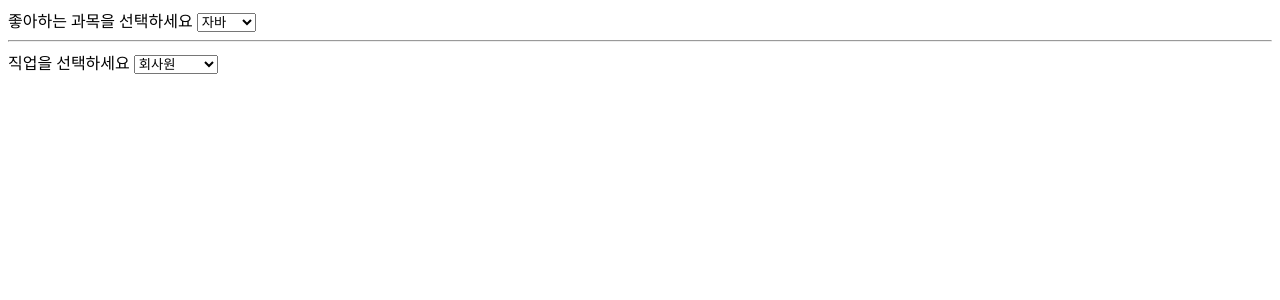
Repository: MegiLove/html_css
Page: day1130/src/main/webapp/selectTest.html
An editor plug-in stored every save of this project. The page is shown before and after the next save, followed by the edit.
The browser window is 1280 px wide. The pictures show the whole page.

Above is the page before, as saved 2021-11-30 05:11:07.

### day1130/src/main/webapp/selectTest.html
<!DOCTYPE html>
<html>
<head>
<meta charset="EUC-KR">
<title>Insert title here</title>
</head>
<body>
	<form action="selectTestOK.jsp" method="post">
		좋아하는 과목을 선택하세요
		<select name="subject">
			<option value="자바">자바</option>
			<option value="html">html</option>
			<option value="css">css</option>
			<option value="오라클">오라클</option>
			<option value="jsp">jsp</option>
		</select>
		<hr>
		직업을 선택하세요
		<select name="job">
			<option value="회사원">회사원</option>
			<option value="공무원">공무원</option>
			<option value="학생">학생</option>
			<option value="취업준비생">취업준비생</option>
			<option value="주부">주부</option>

		</select>
	</form>
</body>
</html>

After the next save:
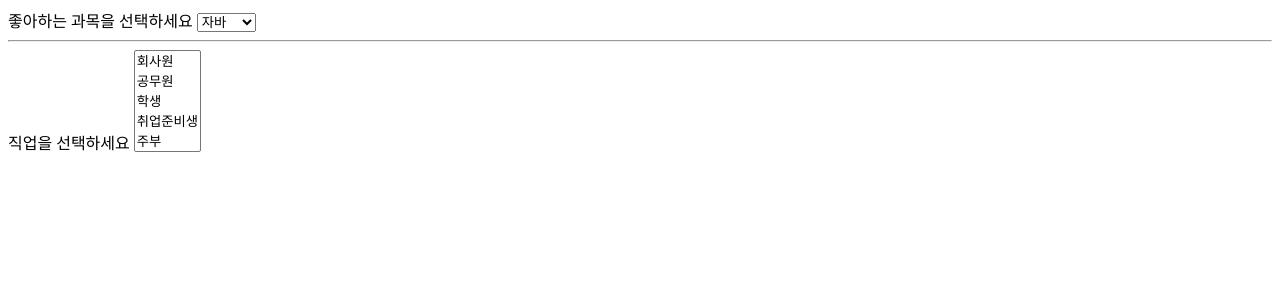
Saved 26 s later.
--- a/day1130/src/main/webapp/selectTest.html
+++ b/day1130/src/main/webapp/selectTest.html
@@ -16,7 +16,7 @@
 		</select>
 		<hr>
 		직업을 선택하세요
-		<select name="job">
+		<select name="job" size="5">
 			<option value="회사원">회사원</option>
 			<option value="공무원">공무원</option>
 			<option value="학생">학생</option>
